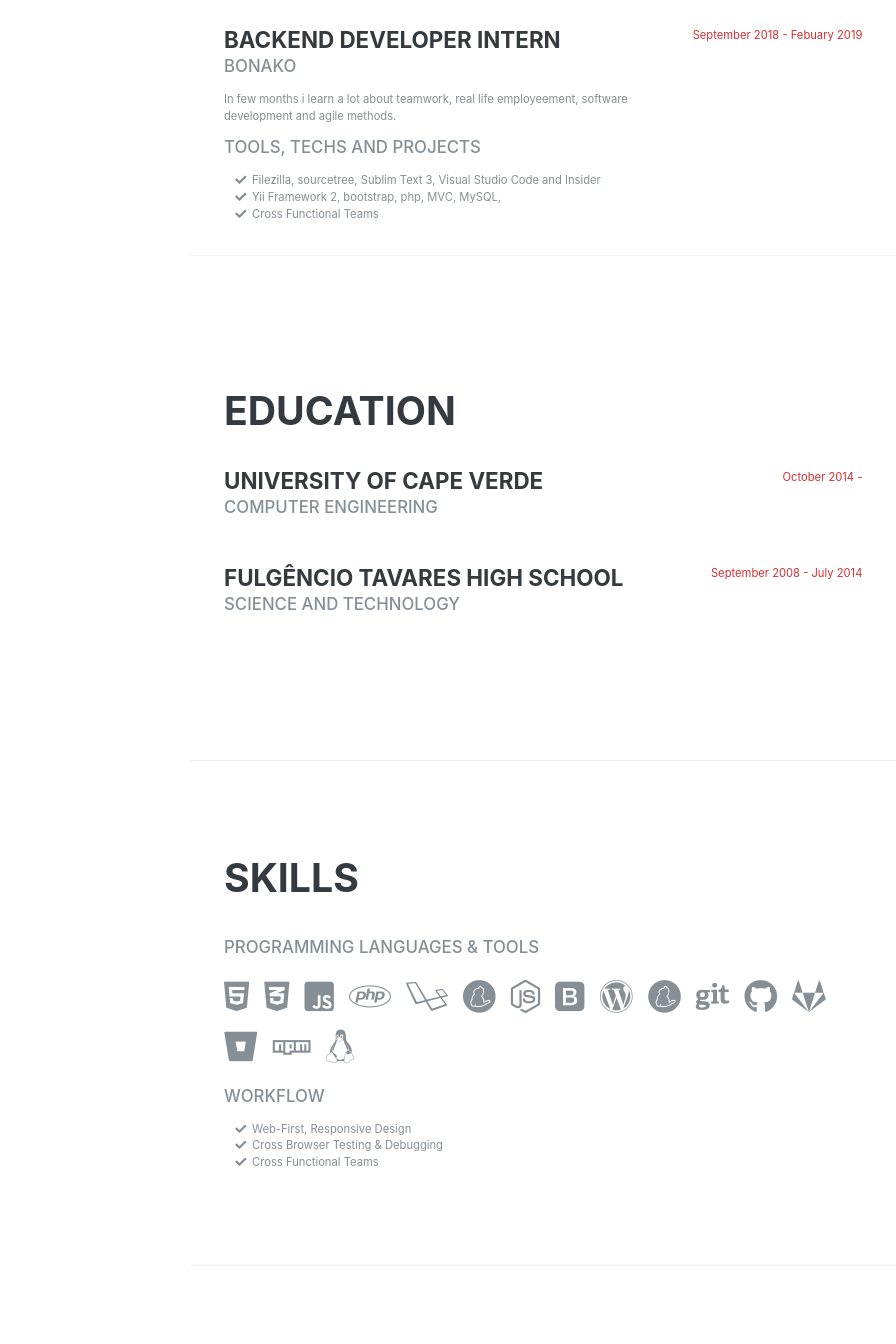
Repository: kcfurtado/kcfurtado.github.io
Page: index.html
An editor plug-in stored every save of this project. The page is shown before and after the next save, followed by the edit.
The browser window is 1280 px wide. The pictures show the part of the page from y = 1597 to 3517 px (the page is 4126 px tall before and 4198 px after), at 70% of full size.
Some web fonts or font styles are not loaded; a fallback is used.

Above is the page before, as saved 2020-04-04 10:54:26.

After the next save:
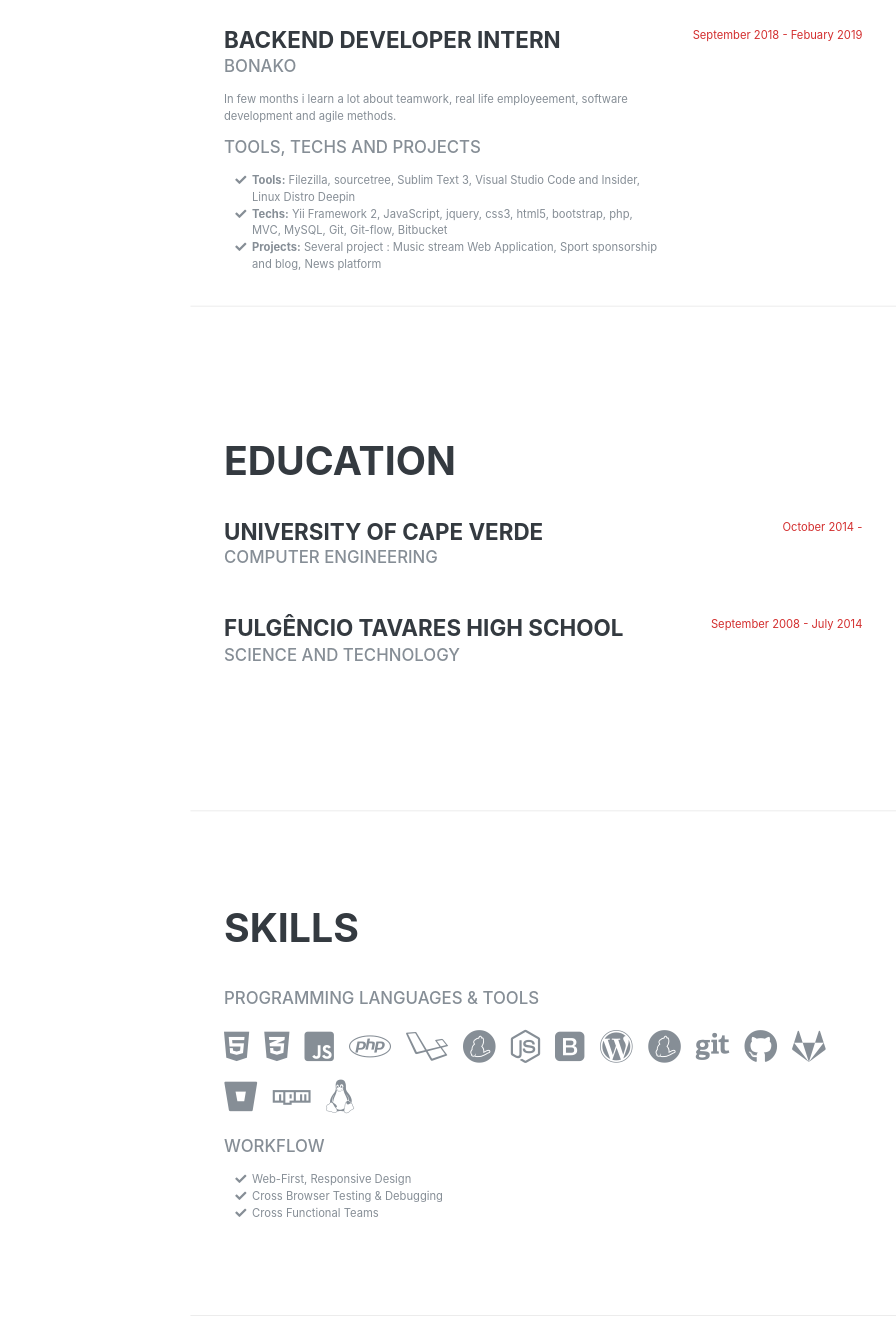
Saved 10 min 19 s later.
--- a/index.html
+++ b/index.html
@@ -135,15 +135,15 @@
             <ul class="fa-ul mb-0">
               <li>
                 <i class="fa-li fa fa-check"></i>
-                Filezilla, sourcetree, Sublim Text 3, Visual Studio Code and Insider
+                <b>Tools:</b> Filezilla, sourcetree, Sublim Text 3, Visual Studio Code and Insider, Linux Distro Deepin
               </li>
               <li>
                 <i class="fa-li fa fa-check"></i>
-                Yii Framework 2, bootstrap, php, MVC, MySQL,
+                <b>Techs:</b> Yii Framework 2, JavaScript, jquery, css3, html5, bootstrap, php, MVC, MySQL, Git, Git-flow, Bitbucket
               </li>
               <li>
                 <i class="fa-li fa fa-check"></i>
-                Cross Functional Teams
+                <b>Projects:</b> Several project : Music stream Web Application, Sport sponsorship and blog, News platform
               </li>
             </ul>
           </div>
